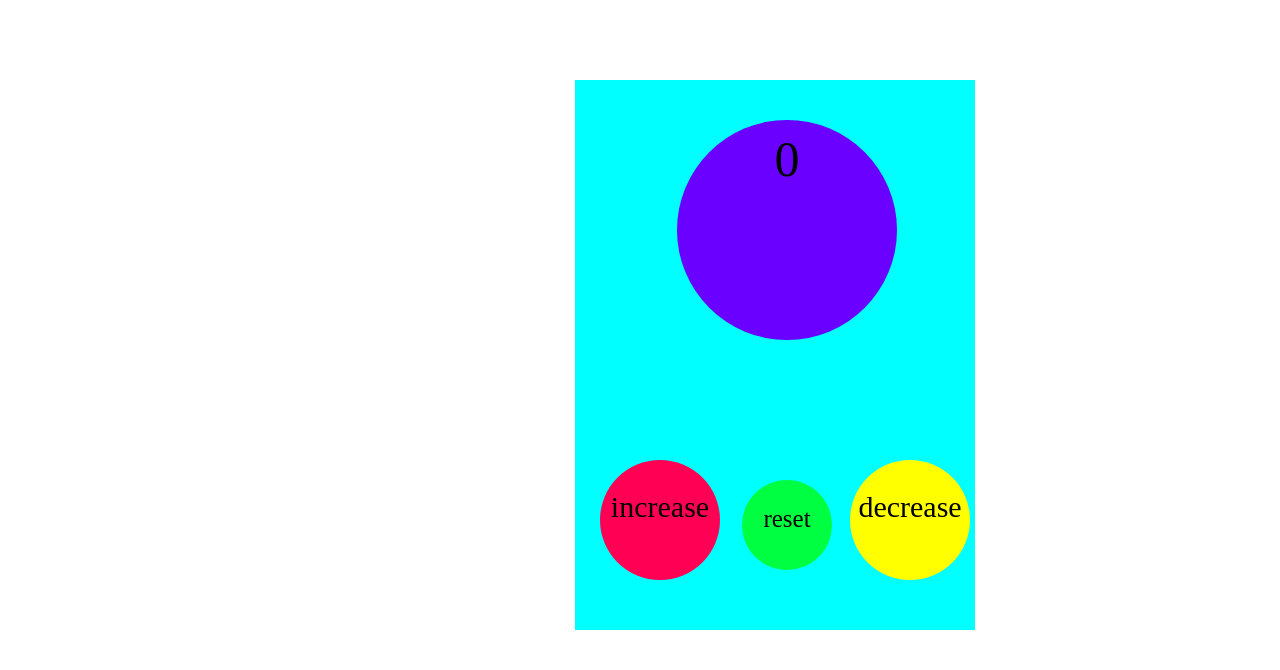
Repository: sara55m/Counter_App
Page: index.html
An editor plug-in stored every save of this project. The page is shown before and after the next save, followed by the edit.
The browser window is 1280 px wide. The pictures show the whole page.

Above is the page before, as saved 2024-07-30 03:48:12.

### index.html
<!DOCTYPE html>
<html lang="en">
<head>
    <meta charset="UTF-8">
    <meta name="viewport" content="width=device-width, initial-scale=1.0">
    <title>Document</title>
    <link rel="stylesheet" href="css/style.css">
</head>
<body>
    <div class="container">
        <div class="main" id="main"></div>
        <div class="increase" id="increase" onclick="increase()"><p class="first">increase</p></div>
        <div class="decrease" id="decrease" onclick="decrease()"><p class="second">decrease</p></div>
        <div class="reset" onclick="reset_1()"><p class="third">reset</p></div>
    </div>
    <script src="js/script.js"></script>
</body>
</html>

### css/style.css
.container{
    position: absolute;
    top:80px;
    left:575px;
    height:550px;
    width:400px;
    background-color: aqua;
}

.main{
    position:absolute;
    top:40px;
    left:102px;
    height:200px;
    width:200px;
    border-radius: 50%;
    background-color: rgb(106, 0, 255);
    text-align: center;
    font-size: 50px;
    padding:10px;
}

.increase{
    position:absolute;
    top:380px;
    left:25px;
    height:120px;
    width:120px;
    border-radius: 50%;
    background-color: rgb(255, 0, 85);
    text-align: center;
    font-size: 50px;
}
p.first,p.second{
    font-size: 30px;;
}

.decrease{
    position:absolute;
    top:380px;
    left:275px;
    height:120px;
    width:120px;
    border-radius: 50%;
    background-color:yellow;
    text-align: center;
    font-size: 50px;
}

.reset{
    position:absolute;
    top:400px;
    left:167px;
    height:90px;
    width:90px;
    border-radius: 50%;
    background-color: rgb(0, 255, 64);
    text-align: center;
    font-size: 50px;
}

p.third{
    font-size: 25px;;
}

### js/script.js
let count=0;
document.getElementById("main").innerHTML=count;
function increase(){
    count+=1;
    document.getElementById("main").innerHTML=count;
}


function decrease(){
    count-=1;
    document.getElementById("main").innerHTML=count;

}

function reset_1(){
    let count=0;
    let x=document.getElementById("main").innerHTML=count;

}

After the next save:
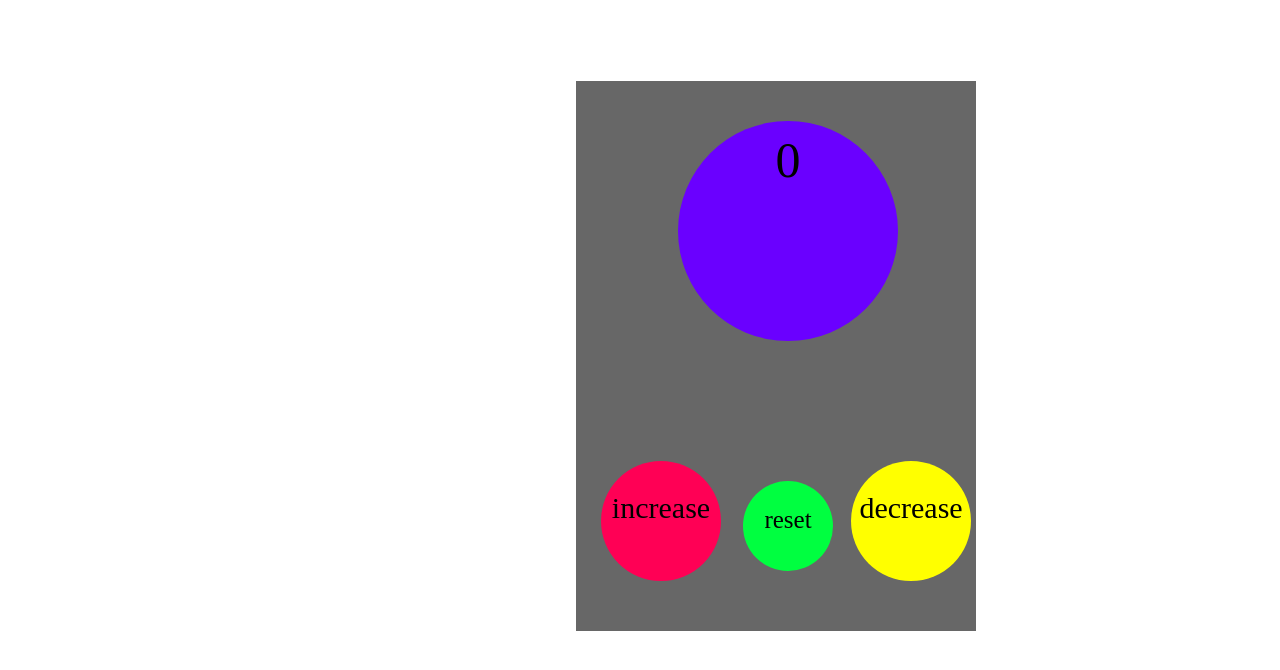
Saved 83 s later.
--- a/css/style.css
+++ b/css/style.css
@@ -4,7 +4,8 @@
     left:575px;
     height:550px;
     width:400px;
-    background-color: aqua;
+    background-color: rgb(103, 103, 103);
+    border:1px solid white;
 }
 
 .main{
